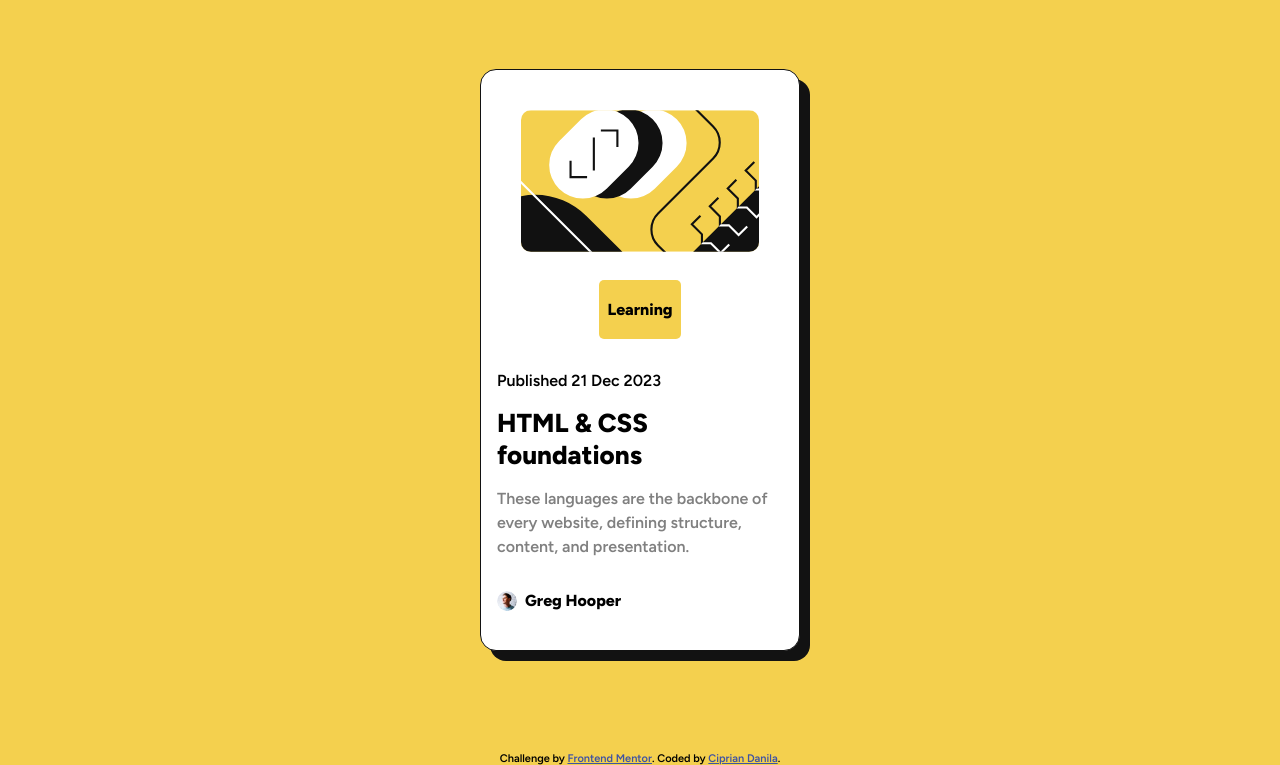
Repository: cipdanila/blog-preview-card
Page: index.html
An editor plug-in stored every save of this project. The page is shown before and after the next save, followed by the edit.
The browser window is 1280 px wide. The pictures show the whole page.

Above is the page before, as saved 2024-01-28 14:17:10.

### index.html
<!DOCTYPE html>
<html lang="en">
<head>
  <meta charset="UTF-8">
  <meta name="viewport" content="width=device-width, initial-scale=1.0"> <!-- displays site properly based on user's device -->

  <link rel="icon" type="image/png" sizes="32x32" href="./assets/images/favicon-32x32.png">
  <link rel="stylesheet" href="style.css">
  <title>Frontend Mentor | Blog preview card</title>

</head>
<body>
  <main>
    <div class="card">
      <div class="image-card">
        <img src="./assets/images/illustration-article.svg" alt="illustration article">
      </div>
      <div class="text-card">
        <div class="learning">
          <p>Learning</p>
        </div>
        <div class="publish">
          <p>Published 21 Dec 2023</p>
        </div>
        <div class="title">
          <h1>HTML & CSS foundations</h1>
        </div>
        <div class="info">
          <p>
            These languages are the backbone of every website, defining structure, content, and presentation.
          </p>
        </div>
        <div class="avatar">
          <img src="./assets/images/image-avatar.webp" alt="avatar">
          <p>Greg Hooper</p>
        </div>
      </div>
    </div>
  </main>

  <footer>
    <div class="attribution">
        Challenge by
        <a
            href="https://www.frontendmentor.io/challenges/blog-preview-card-ckPaj01IcS"
            target="_blank"
            rel="noopener noreferer"
            >Frontend Mentor</a
        >. Coded by <a href="https://github.com/cipdanila" target="_blank" rel="noopener noreferer">Ciprian Danila</a>.
    </div>
</footer>
</body>
</html>

### style.css
@import url('https://fonts.googleapis.com/css2?family=Figtree:wght@600;800&display=swap');

:root {
    /* Colors */
    /* Primary */
    --yellow: hsl(47, 88%, 63%);

    /* Neutral */
    --white: hsl(0, 0%, 100%);
    --grey: hsl(0, 0%, 50%);
    --black: hsl(0, 0%, 7%);
}

* {
    box-sizing: border-box;
}

body, html {
    margin: 0;
    padding: 0;
    height: 100%;
    font-family: 'Figtree', sans-serif;
    font-size: 1rem;
    font-weight: 600;
    background-color: var(--yellow);
}

main {
    display: flex;
    justify-content: center;
    align-items: center;
    height: 100%;
}

.card {
    width: 20rem;
    border-radius: 1rem;
    border: 1px solid var(--black);
    box-shadow: 10px 10px var(--black);
    background-color: var(--white);
    display: flex;
    flex-direction: column;
    align-items: center;
    padding: 1rem;
}

.image-card {
    text-align: center;
    padding: 1.5rem;
}

img {
    max-width: 100%;
    height: auto;
    border-radius: 0.625rem;
}

.text-card {
    text-align: center;
}

.learning {
    display: inline-block; /* Afișează containerul ca bloc inline */
    background-color: var(--yellow);
    margin-bottom: 1rem;
    padding: 0.25rem 0.5rem; /* Aplică padding pentru a limita fundalul la dimensiunea textului */
    border-radius: 5px;
    font-weight: 800;
    text-align: left; /* Aliniază textul la stânga */
}

.publish, .title, .info, .avatar {
    margin-bottom: 0.5rem;
    text-align: left;
}

.title h1 {
    font-weight: 800;
    font-size: 1.625rem;
    margin-bottom: 0.5rem;
}

.info p {
    color: var(--grey);
    line-height: 1.5;
    font-weight: 100;
}

.avatar {
    display: flex;
    align-items: center;
}

.avatar img {
    width: 20px;
    height: auto;
    border-radius: 50%;
    margin-right: 0.5rem;
}

.avatar p {
    font-weight: 800;
}

footer {
    margin-top: 2rem;
}

.attribution {
    font-size: 11px;
    text-align: center;
}
.attribution a {
    color: hsl(228, 45%, 44%);
}

After the next save:
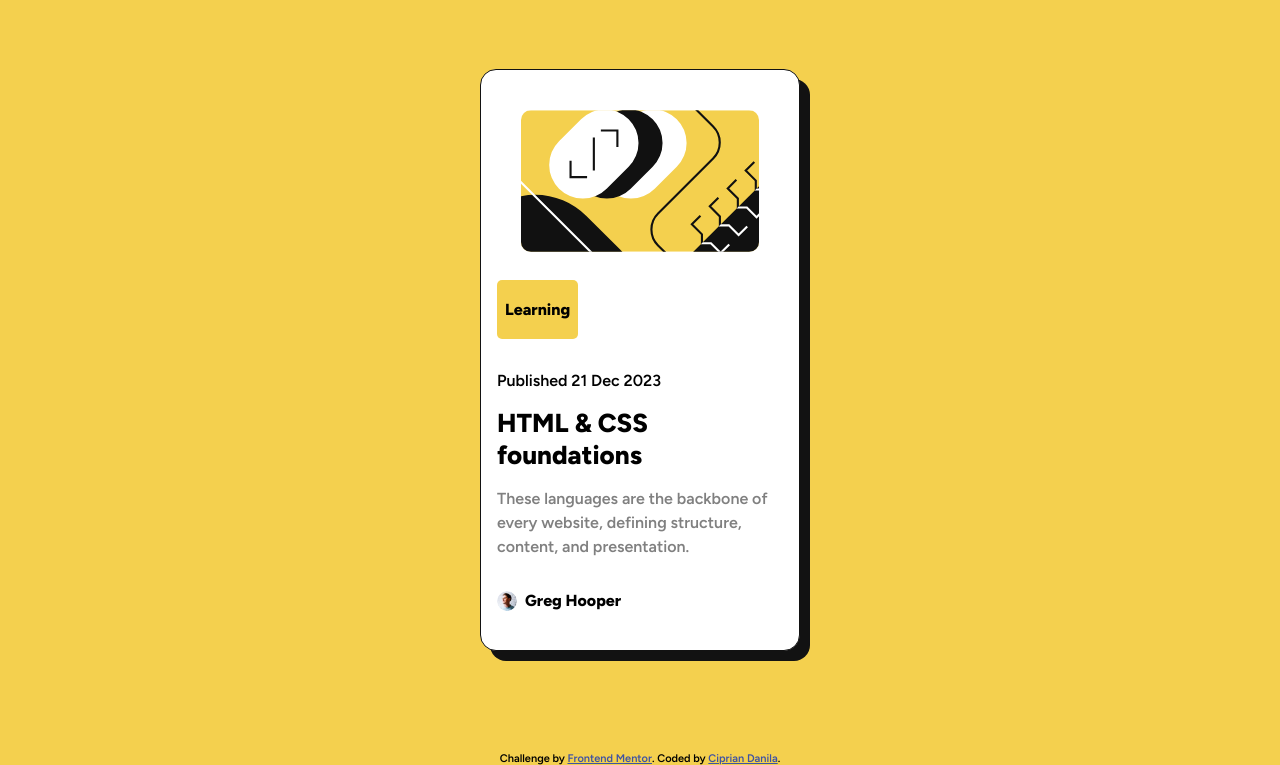
Saved 2 min 18 s later.
--- a/style.css
+++ b/style.css
@@ -56,7 +56,7 @@
 }
 
 .text-card {
-    text-align: center;
+    text-align: left;
 }
 
 .learning {
@@ -66,12 +66,10 @@
     padding: 0.25rem 0.5rem; /* Aplică padding pentru a limita fundalul la dimensiunea textului */
     border-radius: 5px;
     font-weight: 800;
-    text-align: left; /* Aliniază textul la stânga */
 }
 
 .publish, .title, .info, .avatar {
     margin-bottom: 0.5rem;
-    text-align: left;
 }
 
 .title h1 {
